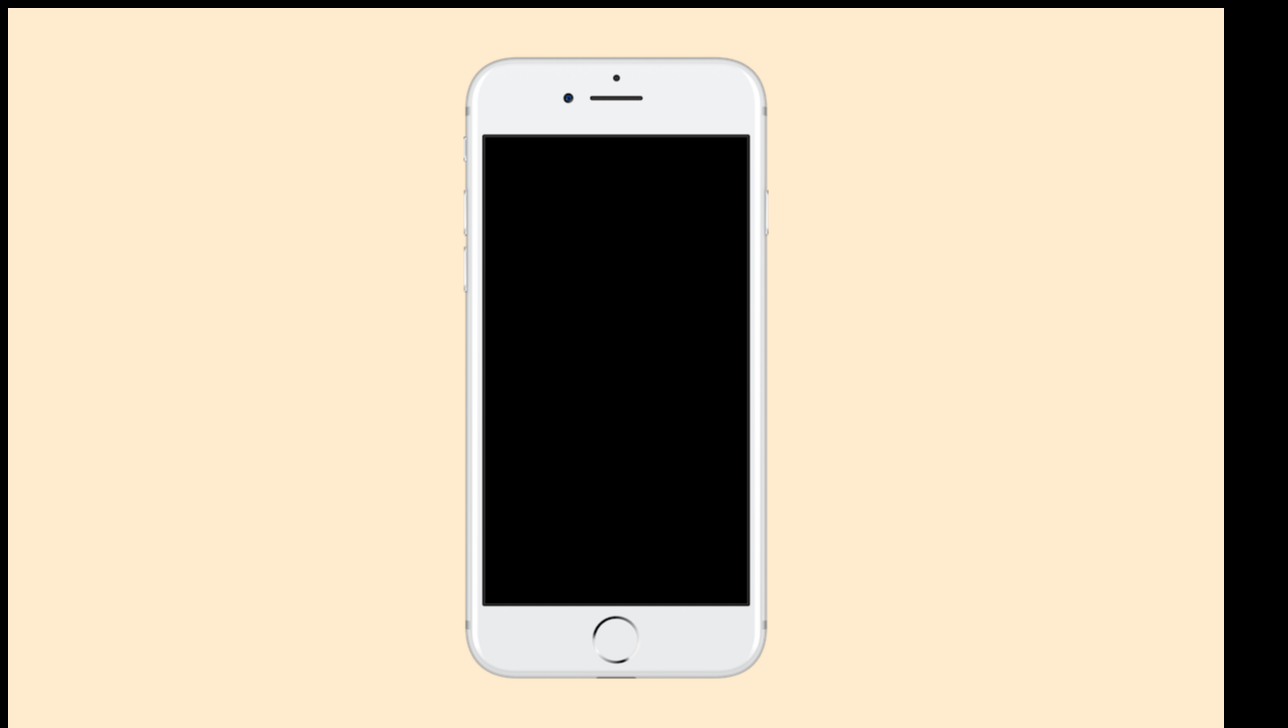
Repository: DorivalJunior14/Projeto-social
Page: index.html
The author's editor kept a copy of each file at every save. The page is drawn from the files as they stood at one save, then again after a run of saves.
The browser window is 1280 px wide. The page is 1280 px wide, then 1288 px, so the pictures cover 1288 px, including what lies to the right of the window. The pictures show the whole page.

Above is the page before, as saved 2022-06-24 14:04:57.

After the next 2 saves:
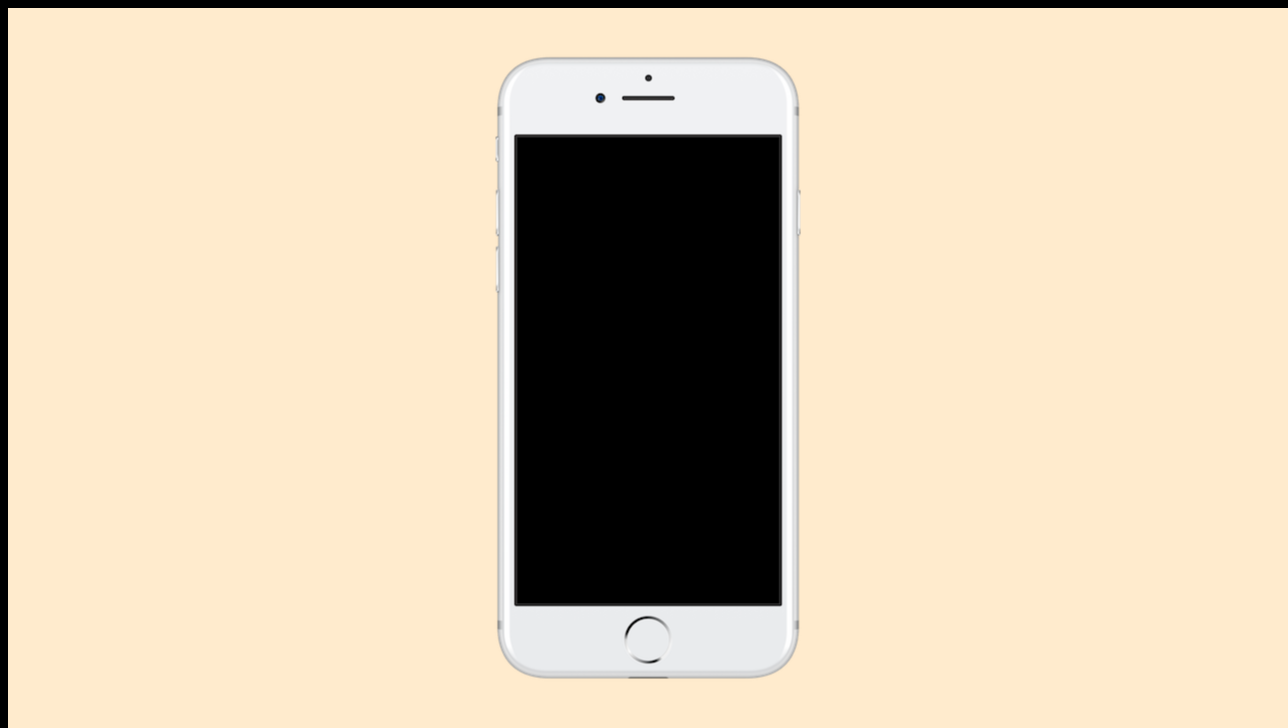
The 2 saves are shown as one change because they came seconds apart.
The last was saved 56 s later.
--- a/estilos/style.css
+++ b/estilos/style.css
@@ -8,7 +8,7 @@
 
 html, body {
     height: 90vh;
-    width: 95vw;
+    width: 100vw;
     background-color: black;
 
 }
